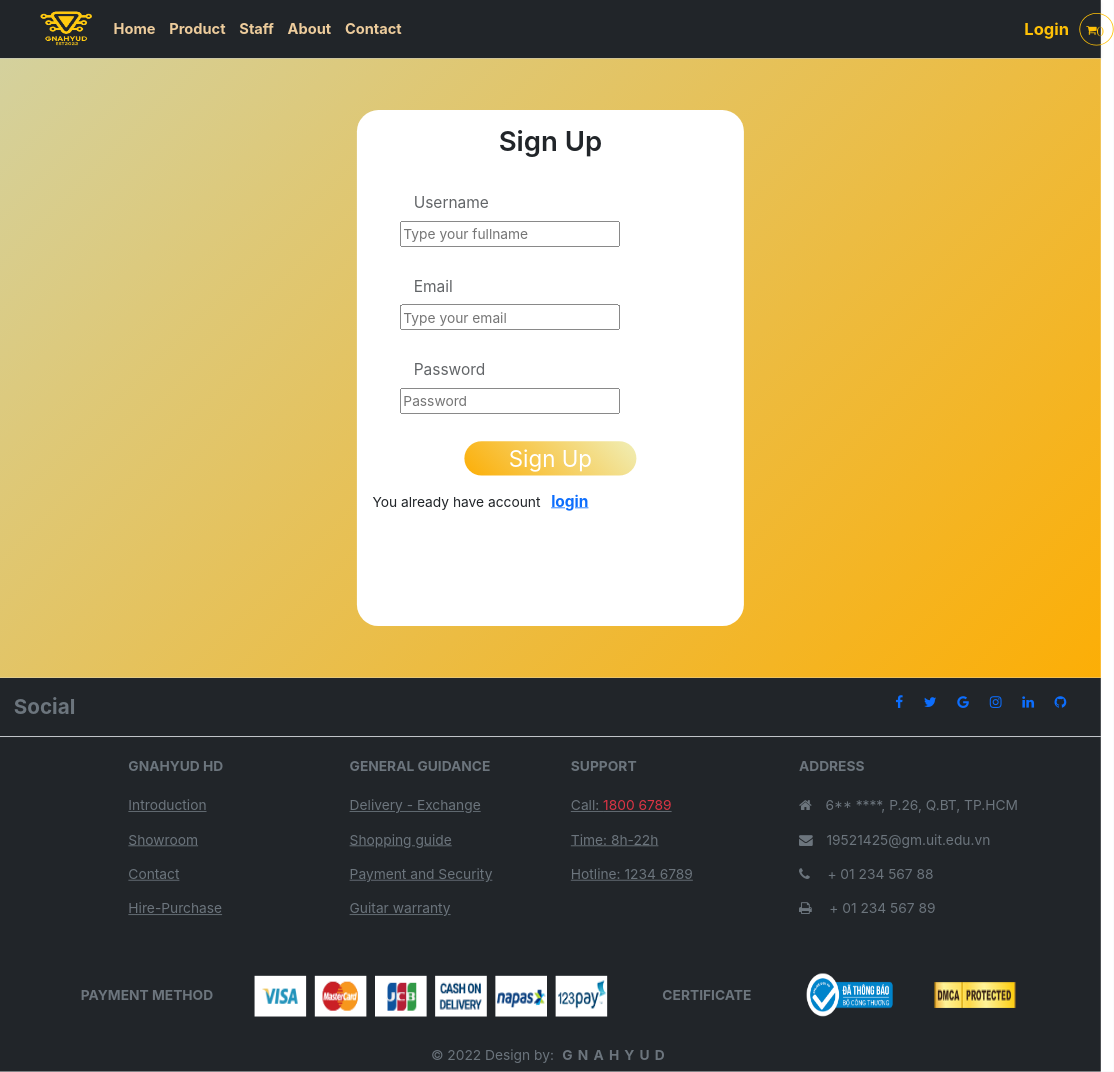
Repository: HoangDuy315/guitar_mern
Page: /signup (app in client/)
These files come from the project's save history. The page is drawn as it stood at one moment and after the next save; the edit follows.
The browser window is 1280 px wide. The page is 1295 px wide, then 1280 px, then 1295 px, so the pictures cover 1295 px, including what lies to the right of the window. The pictures show the whole page, at 86% of full size.
The page's requests for data from a server got no answer. The project was rebuilt for these pictures with package versions that can differ from the ones it lists, and the page was loaded fresh each time. No one was signed in, and anything a server would have sent is missing. Also part of the build but not shown: client/src/App.css, client/src/Data.js, client/src/components/Product.jsx, client/src/components/Staff.jsx, client/src/components/About.jsx, client/src/components/Contact.jsx, client/src/components/Carousel.jsx, client/src/components/Home.jsx and 8 more. Imported but missing from the stored project, and not drawn on this page: client/src/redux/reducers/addItems.

Above is the page before, as saved 2022-12-01 14:23:08.

### client/src/index.css
body {
  margin: 0;
  font-family: -apple-system, BlinkMacSystemFont, "Segoe UI", "Roboto", "Oxygen",
    "Ubuntu", "Cantarell", "Fira Sans", "Droid Sans", "Helvetica Neue",
    sans-serif;
  -webkit-font-smoothing: antialiased;
  -moz-osx-font-smoothing: grayscale;
}

code {
  font-family: source-code-pro, Menlo, Monaco, Consolas, "Courier New",
    monospace;
}

/* Navbar */
.navbar-nav li {
  font-size: 17px;
}
.navbar-brand {
  letter-spacing: 6px;
}

.card {
  transition: all 0.5s ease;
}

.card:hover {
  transform: scale(1.1);
  box-shadow: 5px 5px 10px rgba(0, 0, 0, 0.5);
}

#home {
  background: url("./assets/logo.png") rgba(0, 0, 0, 0.7);
  background-blend-mode: overlay;
  min-height: 600px;
  background-size: cover;
  background-position: center;
  background-repeat: no-repeat;
  margin-top: 0.3px;
}

.sendd {
  background-size: cover;
  background-blend-mode: overlay;
  background-position: center;
  background-repeat: no-repeat;
  position: relative;
  left: 50%;
  right: 50%;
  margin-left: -50vw;
  margin-right: -50vw;
  max-width: 100vw;
  width: 100vw;
}

/* product */
.product img {
  transition: all 0.5s ease;
}
.product img:hover {
  transform: scale(1.1);
}

/* buynow */
.buynowimg {
  margin-left: -50px;
  width: 90%;
  height: 90%;
}

.title {
  margin-top: -45px;
  font-size: 40px;
}
.price {
  margin-top: -55px;
}
.desc {
  font-size: 16px;
}

/* serve */
.serve {
  list-style: none;
  margin-left: -15px;
}
.icon {
  margin-right: 20px;
  color: salmon;
}

/* symbol */
.symbol0 {
  margin-left: 270px;
  margin-top: 30px;
  display: flex;
  align-items: center;
  cursor: pointer;
}
.symbol {
  width: 50%;
  height: 50%;
  transition: all 0.5s ease;
  border: 1px solid rgb(237, 191, 52);
  border-radius: 100px;
}
.symbol:hover {
  transform: scale(1.1);
  box-shadow: 5px 5px 10px rgba(0, 0, 0, 0.5);
}

### client/src/components/Header.jsx
import React from "react";
import { NavLink } from "react-router-dom";
import LOGO from "../assets/logo1.png";
import "../style/style.css";
import Cartbtn from "./buttons/Cartbtn";

const Header = (props) => {
  return (
    <>
      <nav className="navbar navbar-expand-lg navbar-light bg-dark shadow-sm border-light">
        <div className="container-fluid py-1">
          <button
            className="navbar-toggler "
            type="button"
            data-bs-toggle="collapse"
            data-bs-target="#navbarSupportedContent"
            aria-controls="navbarSupportedContent"
            aria-expanded="false"
            aria-label="Toggle navigation"
          >
            <span className="navbar-toggler-icon "></span>
          </button>

          <div
            className="collapse navbar-collapse show"
            id="navbarSupportedContent"
          >
            <a class="navbar-brand fs-5 text-warning" href="/">
              <img src={LOGO} alt="Logo" className="logo" />
            </a>
            <ul className="kkk navbar-nav me-2 px-2 mb-2 mb-lg-0">
              <li className="nav-item">
                <NavLink
                  className="nav-link text-light fw-bold"
                  aria-current="page"
                  to="/"
                >
                  <div className="hihi">Home</div>
                </NavLink>
              </li>

              <li className="nav-item">
                <NavLink className="nav-link text-light fw-bold" to="/products">
                  <div className="hihi">Product</div>
                </NavLink>
              </li>

              <li className="nav-item">
                <NavLink className="nav-link text-light fw-bold" to="/staff">
                  <div className="hihi">Staff</div>
                </NavLink>
              </li>

              <li className="nav-item">
                <NavLink className="nav-link text-light fw-bold" to="/about">
                  <div className="hihi">About</div>
                </NavLink>
              </li>

              <li className="nav-item">
                <NavLink className="nav-link text-light fw-bold" to="/contact">
                  <div className="hihi">Contact</div>
                </NavLink>
              </li>
            </ul>
          </div>

          {props.auth ? (
            <>
              <NavLink className="login text-warning" to="/login">
                Login
              </NavLink>
            </>
          ) : (
            <>
              <NavLink className="logout text-warning" to="/logout">
                Logout
              </NavLink>
            </>
          )}
          <Cartbtn />
        </div>
      </nav>
    </>
  );
};

export default Header;

### client/src/components/buttons/signup/Signup.jsx
import "./Signup.css";
import { NavLink, useHistory } from "react-router-dom";
import { useState } from "react";

function Signup() {
  const history = useHistory();

  const [user, setUser] = useState({
    username: "",
    email: "",
    password: "",
  });

  // handle inputs
  const handleInput = (event) => {
    let name = event.target.name;
    let value = event.target.value;

    setUser({ ...user, [name]: value });
  };

  // handle submit
  const handleSubmit = async (event) => {
    event.preventDefault();
    const { username, email, password } = user;
    try {
      const res = await fetch("/signup", {
        method: "POST",
        headers: {
          "Content-type": "application/json",
        },
        body: JSON.stringify({
          username,
          email,
          password,
        }),
      });

      if (res.status === 400 || !res) {
        window.alert("This email has been used!!!");
      } else {
        window.alert("Signup Successfully!!!");
        history.pushState("/login");
        window.location.reload();
      }
    } catch (error) {
      console.log(error);
    }
  };

  return (
    <>
      <form className="form" onSubmit={handleSubmit} method="POST">
        <div className="signup-container">
          <div className="signup-content">
            <h1 className="signup-title">Sign Up</h1>
            <div className="signup-input-form">
              <span className="signup-input-span">Username</span>
              <input
                type="Name"
                className="box"
                placeholder="Type your fullname"
                name="username"
                value={user.username}
                onChange={handleInput}
              />
            </div>

            <div className="signup-input-form">
              <span className="signup-input-span">Email</span>
              <input
                type="Email"
                className="box"
                placeholder="Type your email"
                name="email"
                value={user.email}
                onChange={handleInput}
              />
            </div>
            <div className="signup-input-form">
              <span className="signup-input-span">Password</span>
              <input
                type="Password"
                className="box"
                placeholder="Password"
                name="password"
                value={user.password}
                onChange={handleInput}
              />
            </div>
            <button className="btn-signup">Sign Up</button>
            <div className="signup__have-account">
              <span>
                You already have account{" "}
                <NavLink
                  className="NavLink__to-login"
                  to="/login"
                  onClick={this}
                >
                  <strong>login</strong>
                </NavLink>
              </span>
            </div>
          </div>
        </div>
      </form>
    </>
  );
}

export default Signup;

### client/src/style/style.css
/* card */
.card {
  cursor: pointer;
}
/* navbar class is hihi */
.hihi {
  color: rgb(237, 204, 156);
  transition: all 0.5s ease;
}
.hihi:hover {
  transform: scale(1.2);
}

/* class footer */
.tt {
  transition: all 0.5s ease;
  cursor: pointer;
}
.tt:hover {
  transform: scale(1.1);
}
/* class footer */
.dmac {
  padding-right: 5px;
  padding-top: 10px;
  padding-bottom: 10px;
  border-left: 1%;
  transition: all 0.5s ease;
}
.dmac:hover {
  transform: scale(1.1);
}
/* class footer */
.dmaca {
  transition: all 0.5s ease;
}
.dmaca:hover {
  transform: scale(1.1);
}

/* class carousel */
.cardd {
  width: 60vh;
  justify-content: center;
  height: 400px;
  margin-top: -50px;
  transition: all 0.5s ease;
  cursor: pointer;
}

.cardd:hover {
  transform: scale(1.1);
}

.carousel {
  background: rgba(237, 231, 198, 0.7);
  position: relative;
  left: 50%;
  right: 50%;
  height: 550px;
  margin-left: -50vw;
  margin-right: -50vw;
  width: 100%;
}

.bd_left {
  border-left: 4px solid rgba(233, 174, 57, 0.975);
  margin-left: 10px;
  margin-right: 5px;
}

.yud {
  color: rgb(75, 74, 73);
}

.cart {
  margin-top: -5px;
  margin-left: 2px;
  height: 20px;
  /* color: rgb(151, 148, 142); */
  transition: all 0.5s ease;
}
.cart:hover {
  transform: scale(1.3);
}

.heart {
  margin-top: -4px;
  height: 20px;
  color: rgb(244, 102, 102);
  cursor: pointer;
  transition: all 0.5s ease;
}
.heart:hover {
  transform: scale(1.4);
}

/* class contact */
.ctact {
  margin-top: 10px;
  border-radius: 50%;
  height: 60vh;
  width: 60vh;
  transition: all 0.5s ease;
  border: 1px solid black;
}
.ctact2 {
  margin-top: 10px;
  border-radius: 50%;
  height: 60vh;
  width: 60vh;
  transition: all 0.5s ease;
  border: 3px solid rgb(233, 185, 42);
  margin-left: -80px;
}
.ctact:hover {
  transform: scale(1.1);
  box-shadow: 5px 5px 10px rgba(0, 0, 0, 0.5);
}
.ctact2:hover {
  transform: scale(1.1);
  box-shadow: 5px 5px 10px rgba(241, 196, 90, 0.5);
}

/* Nav */
.kkk {
  margin-left: -15px;
}

.logo {
  width: 100px;
  height: 60px;
  margin-left: 15px;
  margin-right: -12px;
  margin-bottom: -13px;
  margin-top: -13px;
  /* transition: all 0.5s ease; */
}
/* Màu mè logo */
/* .logo:hover {
      transform: scale(1.3);
  } */

.login {
  margin-left: 700px;
  margin-right: 12px;
  color: rgb(237, 204, 156);
  transition: all 0.5s ease;
  font-size: larger;
  text-decoration: none;
  font-weight: bold;
}
.login:hover {
  transform: scale(1.2);
}

.logout {
  transition: all 0.5s ease;
  font-size: larger;
  text-decoration: none;
  font-weight: bold;
  margin-left: 10px;
  margin-right: 10px;
}
.logout:hover {
  transform: scale(1.1);
}

/* product - buynow */
.buynoww {
  text-decoration: none;
}

/* empty */
.empty {
  width: 600px;
  height: 500px;
  margin: auto;
  margin-left: 330px;
}

/* redeem */
.redeem {
  margin: auto;
  width: 100%;
  font-weight: bold;
}

.total {
  border-radius: 20px;
}

### client/src/components/buttons/Cartbtn.jsx
import React from "react";
import { NavLink } from "react-router-dom";
import { useSelector } from "react-redux";
import "./Cartbtn.css";

const Cartbtn = () => {
  const state = useSelector((state) => state.addItem);
  return (
    <>
      <NavLink to="/cart" className="cartbtn btn btn-outline-warning">
        <span className="iconcart fa fa-shopping-cart me-1">
          ({state.length})
        </span>
      </NavLink>
    </>
  );
};

export default Cartbtn;

### client/src/components/buttons/signup/Signup.css
.signup-container {
  width: 100%;
  height: 100vh;
  background: linear-gradient(
    135deg,
    rgb(212, 209, 157) 0%,
    rgb(252, 174, 6) 100%
  );
  /* background: linear-gradient(135deg, rgba(34,193,195,1) 0%,     rgba(253,187,45,1) 100%); */
  background-color: #f0f5f8;

  position: relative;
  box-sizing: border-box;
}
.signup-content {
  position: absolute;
  left: 0;
  top: 0;
  right: 0;
  bottom: 0;
  margin: auto;
  width: 450px;
  height: 600px;
  background-color: white;
  border-radius: 25px;
  padding: 18px;
}
.signup-title {
  text-align: center;
  font-size: 32px;
  font-weight: 600;
  margin-bottom: 38px;
}
.signup-input-form {
  margin: 32px;
}
.signup-input-span {
  display: block;
  font-weight: 500px;
  font-size: 18px;
  opacity: 0.7;
  margin: 8px 16px;
}
.signup-input-box {
  width: 100%;
  outline: none;
  border: none;
  border-bottom: 4px solid rgba(204, 204, 204, 0.356);
  text-align: center;
  font-size: 20px;
  margin: 0;
}
.btn-signup {
  width: 100%;
  background: linear-gradient(
    225deg,
    rgb(240, 238, 182) 0%,
    rgb(252, 174, 6) 100%
  );
  /* background: linear-gradient(135deg, rgba(34,193,195,1) 0%,     rgba(253,187,45,1) 100%); */
  color: white;
  font-size: 26px;
  font-weight: 500px;
  border-radius: 25px;
  border: none;
}
.btn-signup {
  width: 200px;
  margin-left: calc(50% - 100px);
  height: 40px;
  background: linear-gradient(
    225deg,
    rgb(240, 238, 182) 0%,
    rgb(252, 174, 6) 100%
  );
  /* background: linear-gradient(135deg, rgba(34,193,195,1) 0%,     rgba(253,187,45,1) 100%); */
  color: white;
  font-size: 26px;
  font-weight: 500px;
  border-radius: 25px;
  border: none;
}
.btn-signup:hover {
  cursor: pointer;
  /* background: linear-gradient(45deg, rgb(56, 235, 65) 0%,     rgb(45, 80, 235) 100%); */
  background: linear-gradient(
    45deg,
    rgb(240, 238, 182) 0%,
    rgb(252, 174, 6) 100%
  );
}
.signup__have-account {
  margin-top: 16px;
}
.btn__singup-route {
  text-decoration: none;
  color: white;
}
strong {
  font-size: 18px;
  margin: 0 8px;
}
strong:hover {
  opacity: 0.8;
}

### client/src/components/buttons/Cartbtn.css
.cartbtn {
  border-radius: 100%;
  width: 40px;
  height: 38px;
}
.iconcart {
  font-size: 13px;
  margin-left: -5px;
}

Loaded but not shown: client/public/index.html (common file); client/src/App.js (82 lines, source omitted); client/src/index.js (19 lines, source omitted); client/src/ProtectedRoute.js (21 lines, source omitted); client/src/redux/reducers/index.js (8 lines, source omitted); client/src/redux/store.js (6 lines, source omitted); client/src/components/Footer.jsx (194 lines, source omitted)

After the next save:
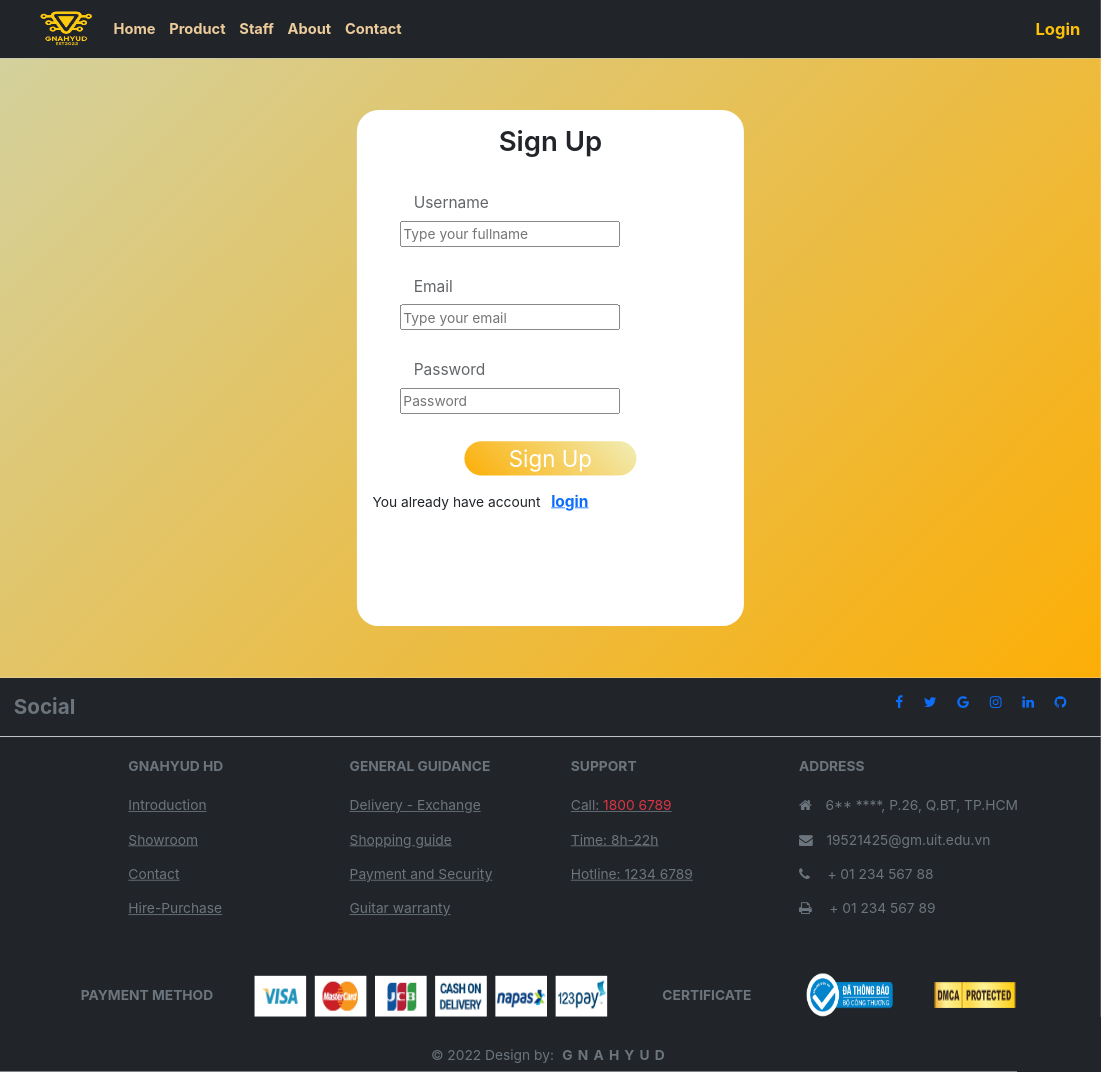
Saved 25 s later.
--- a/client/src/components/Header.jsx
+++ b/client/src/components/Header.jsx
@@ -78,7 +78,7 @@
               </NavLink>
             </>
           )}
-          <Cartbtn />
+          {/* <Cartbtn /> */}
         </div>
       </nav>
     </>

After the 2 saves that followed:
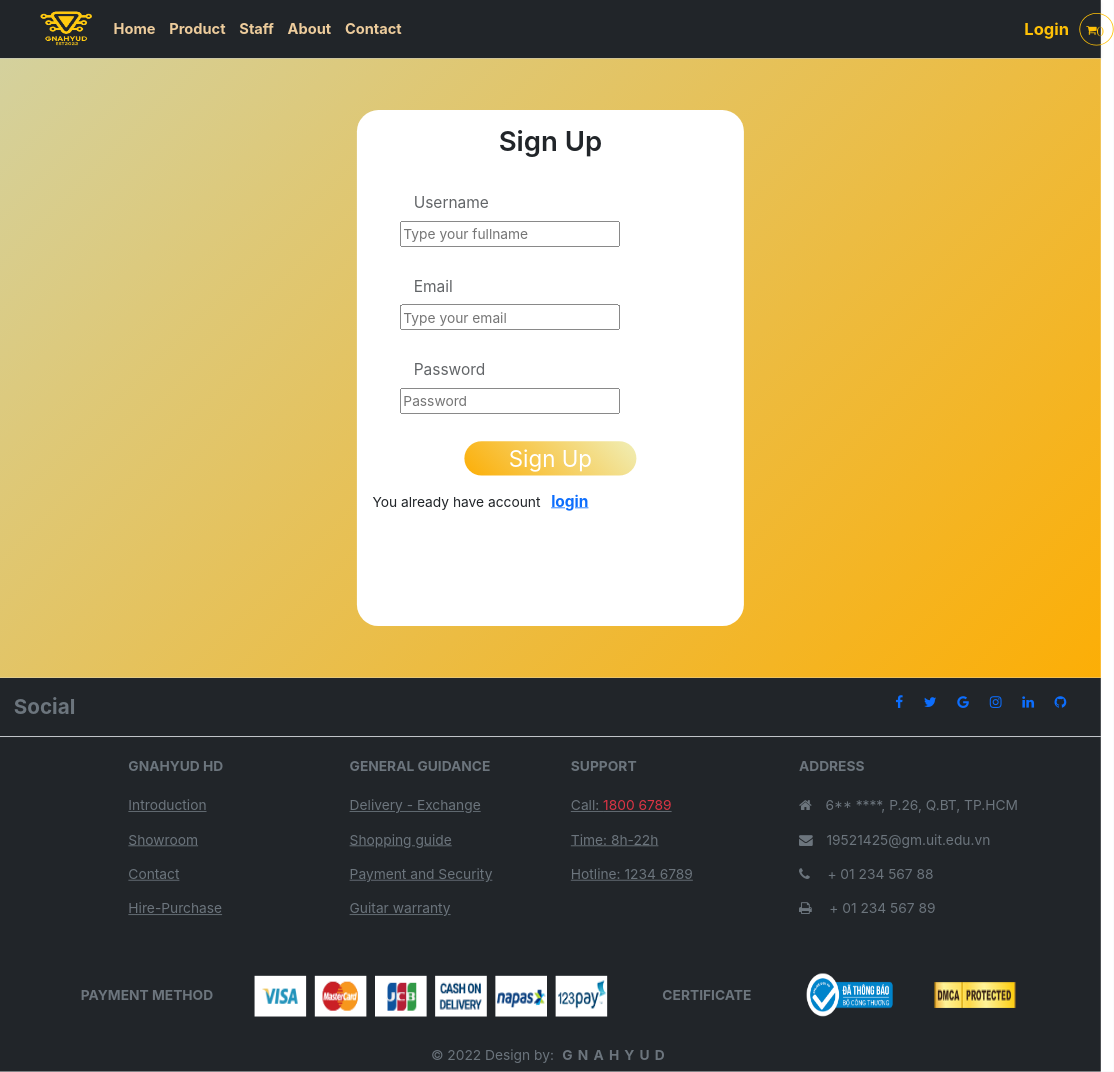
The 2 saves are shown as one change because 1 left the picture as it was.
The last was saved 2 min 35 s later.
--- a/client/src/components/Header.jsx
+++ b/client/src/components/Header.jsx
@@ -78,7 +78,7 @@
               </NavLink>
             </>
           )}
-          {/* <Cartbtn /> */}
+          <Cartbtn />
         </div>
       </nav>
     </>
